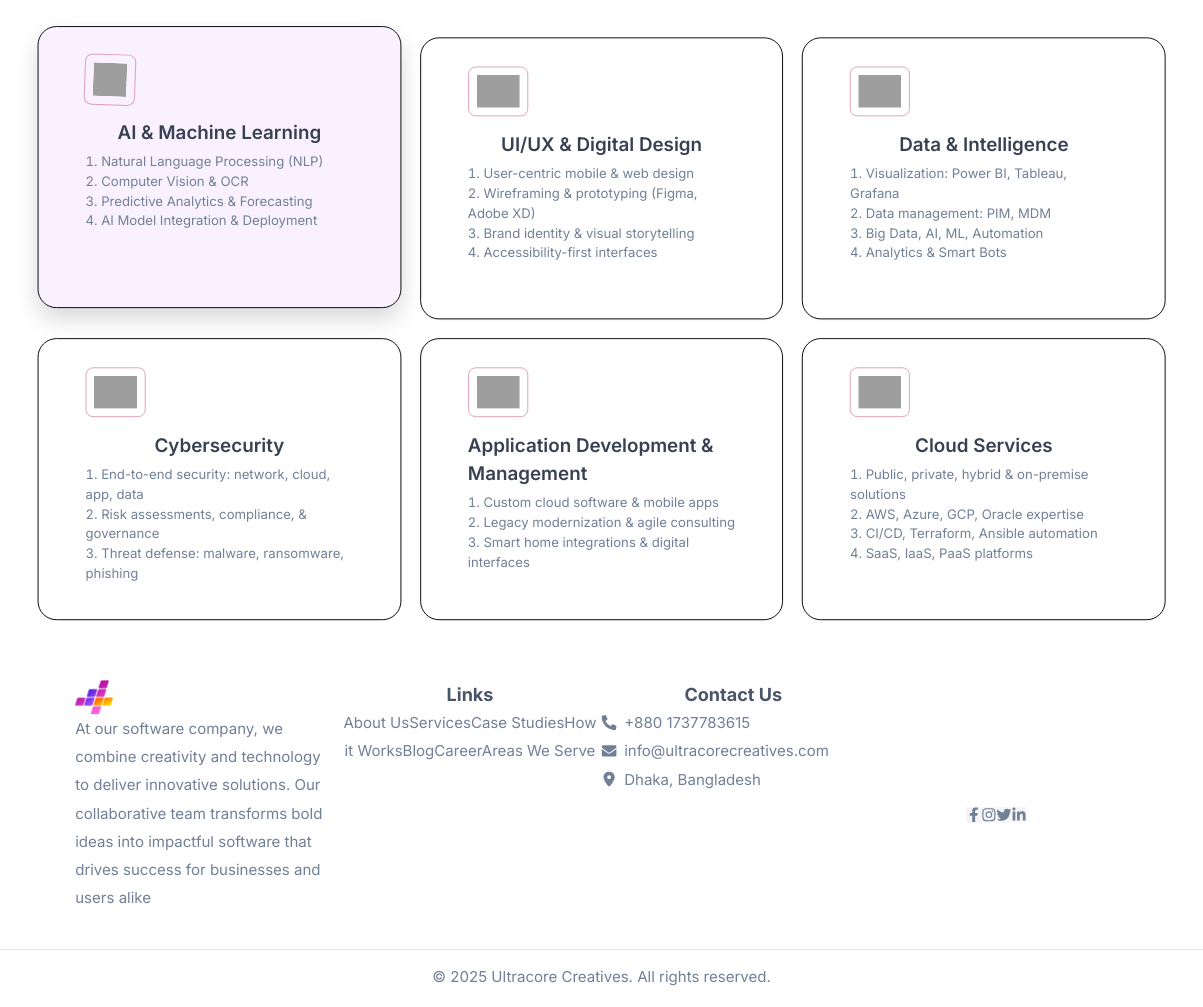
Repository: nazifat/ultra-core
Page: /services
An editor plug-in stored every save of this project. The page is shown before and after the next save, followed by the edit.
The browser window is 1280 px wide. The pictures show the part of the page from y = 754 to 1825 px (the page is 1825 px tall), at 94% of full size.
The pointer rests on the first visible `.hover-card`.
Pictures or frames that could not be fetched are drawn as grey boxes. Backgrounds fixed to the window are drawn as part of the page. The project was rebuilt for these pictures with package versions that can differ from the ones it lists, and the page was loaded fresh each time. Also part of the build but not shown: vite.config.js, src/App.jsx, src/Pages/ErrorPage/ErrorPage.jsx, src/Components/Divider/Divider.jsx, src/Components/CustomHeader/CustomHeader.jsx, src/Pages/Home/Approach/Approach.jsx, src/Pages/Home/Banner/Banner.jsx, src/Pages/Home/BoldIdeas/BoldIdeas.jsx and 22 more.

Above is the page before, as saved 2025-07-10 14:24:03.

After the next save:
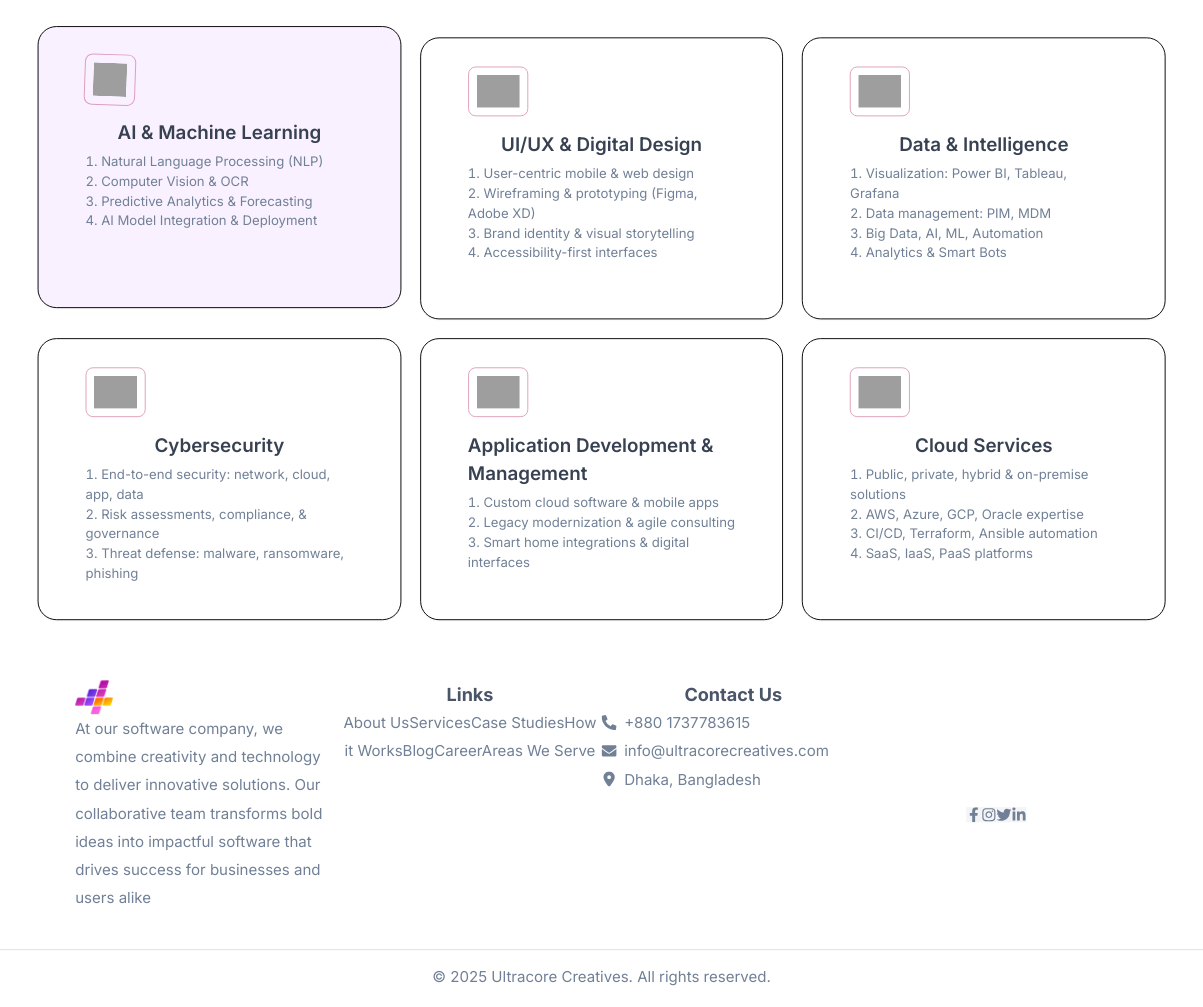
Saved 30 s later.
--- a/src/Pages/Services/Services.css
+++ b/src/Pages/Services/Services.css
@@ -4,7 +4,7 @@
 
 .hover-card:hover {
   transform: translateY(-12px); /* Moves card upward */
-  background-color: #f9f1ff;    /* Optional background change */
+  background-color: #f9f1ff;    Optional background change
   box-shadow: 0 12px 24px rgba(0, 0, 0, 0.15); /* Slightly deeper shadow */
   cursor: pointer;
 }
